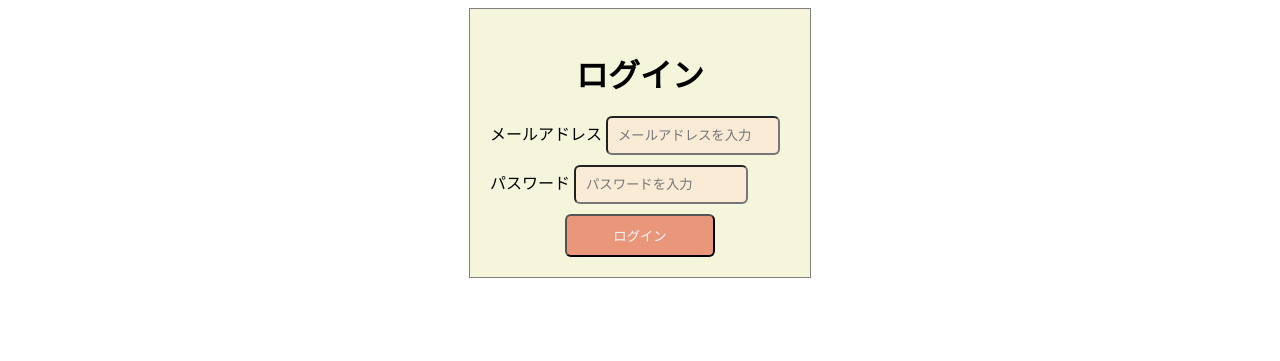
Repository: Jutta197/blog_0815
Page: src/main/resources/static/login.html
These files come from the project's save history. The page is drawn as it stood at one moment and after the next save; the edit follows.
The browser window is 1280 px wide. The pictures show the whole page.

Above is the page before, as saved 2023-08-15 12:13:07.

### src/main/resources/static/login.html
<!DOCTYPE html>
<html lang="ja">

<head>
    <meta charset="UTF-8">
    <meta name="viewport" content="width=device-width, initial-scale=1.0">
    <title>ログイン</title>
    <link rel="stylesheet" href="login.css">
    <link rel="stylesheet" href="login.css">
</head>

<body>
    <div class="container">
        <form action="" method="post">
            <h1>ログイン</h1>
            <label for="email">メールアドレス</label>
            <input type="text" id="email" name="email" placeholder="メールアドレスを入力" required>
            <label for="password">パスワード</label>
            <input type="password" id="password" name="password" placeholder="パスワードを入力">
            <input type="submit" value="ログイン" id="submit-button">
        </form>
    </div>
</body>

</html>

### src/main/resources/static/login.css
.container {
    width: 300px;
    border: 1px solid gray;
    padding: 20px;
    margin: 0 auto;
    background-color: beige;
}

h1 {
    text-align: center;
    margin-bottom: 20px;
}

#email,
#password {
    width: 150px;
    padding: 10px;
    border-radius: 6px;
    margin-bottom: 10px;
    background-color: antiquewhite;
}

#submit-button {
    background-color: darksalmon;
    color: aliceblue;
    width: 50%;
    padding: 10px;
    border-radius: 6px;
    display: block;
    text-align: center;
    margin: 0 auto;
}

#submit-button:hover {
    color: palevioletred;
}


/* div {
    text-align: center;
    border-style: dashed solid dotted;
    border-width: 7px;
    border-color: aquamarine;
    border-radius: 10px;
    padding: 20px 10px;
    background-color: azure;
    margin: 50px 50px;

} */

After the next save:
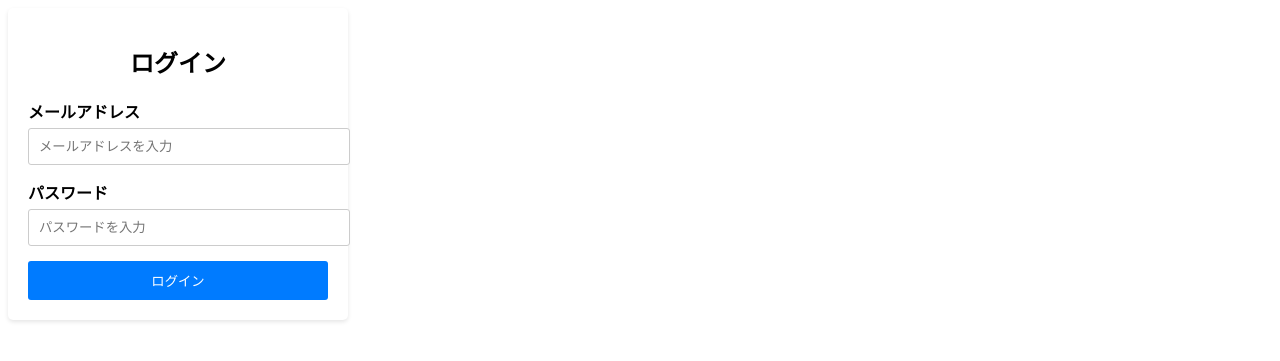
Saved 6 s later.
--- a/src/main/resources/static/login.css
+++ b/src/main/resources/static/login.css
@@ -1,49 +1,55 @@
-.container {
-    width: 300px;
-    border: 1px solid gray;
-    padding: 20px;
-    margin: 0 auto;
-    background-color: beige;
+<style>body {
+    font-family: Arial, sans-serif;
+    background-color: #f2f2f2;
+    margin: 0;
+    padding: 0;
+    display: flex;
+    justify-content: center;
+    align-items: center;
+    min-height: 100vh;
 }
 
-h1 {
-    text-align: center;
-    margin-bottom: 20px;
+.container {
+    background-color: #fff;
+    padding: 20px;
+    border-radius: 5px;
+    box-shadow: 0 2px 4px rgba(0, 0, 0, 0.1);
+    width: 300px;
 }
 
-#email,
-#password {
-    width: 150px;
+.container h1 {
+    font-size: 24px;
+    margin-bottom: 20px;
+    text-align: center;
+}
+
+label {
+    display: block;
+    font-weight: bold;
+    margin-bottom: 5px;
+}
+
+input[type="text"],
+input[type="password"] {
+    width: 100%;
     padding: 10px;
-    border-radius: 6px;
-    margin-bottom: 10px;
-    background-color: antiquewhite;
+    margin-bottom: 15px;
+    border: 1px solid #ccc;
+    border-radius: 3px;
 }
 
 #submit-button {
-    background-color: darksalmon;
-    color: aliceblue;
-    width: 50%;
-    padding: 10px;
-    border-radius: 6px;
-    display: block;
-    text-align: center;
-    margin: 0 auto;
+    background-color: #007bff;
+    color: #fff;
+    border: none;
+    padding: 10px 20px;
+    border-radius: 3px;
+    cursor: pointer;
+    width: 100%;
 }
 
 #submit-button:hover {
-    color: palevioletred;
+    background-color: #0056b3;
 }
 
-
-/* div {
-    text-align: center;
-    border-style: dashed solid dotted;
-    border-width: 7px;
-    border-color: aquamarine;
-    border-radius: 10px;
-    padding: 20px 10px;
-    background-color: azure;
-    margin: 50px 50px;
-
-} */
+</style>
